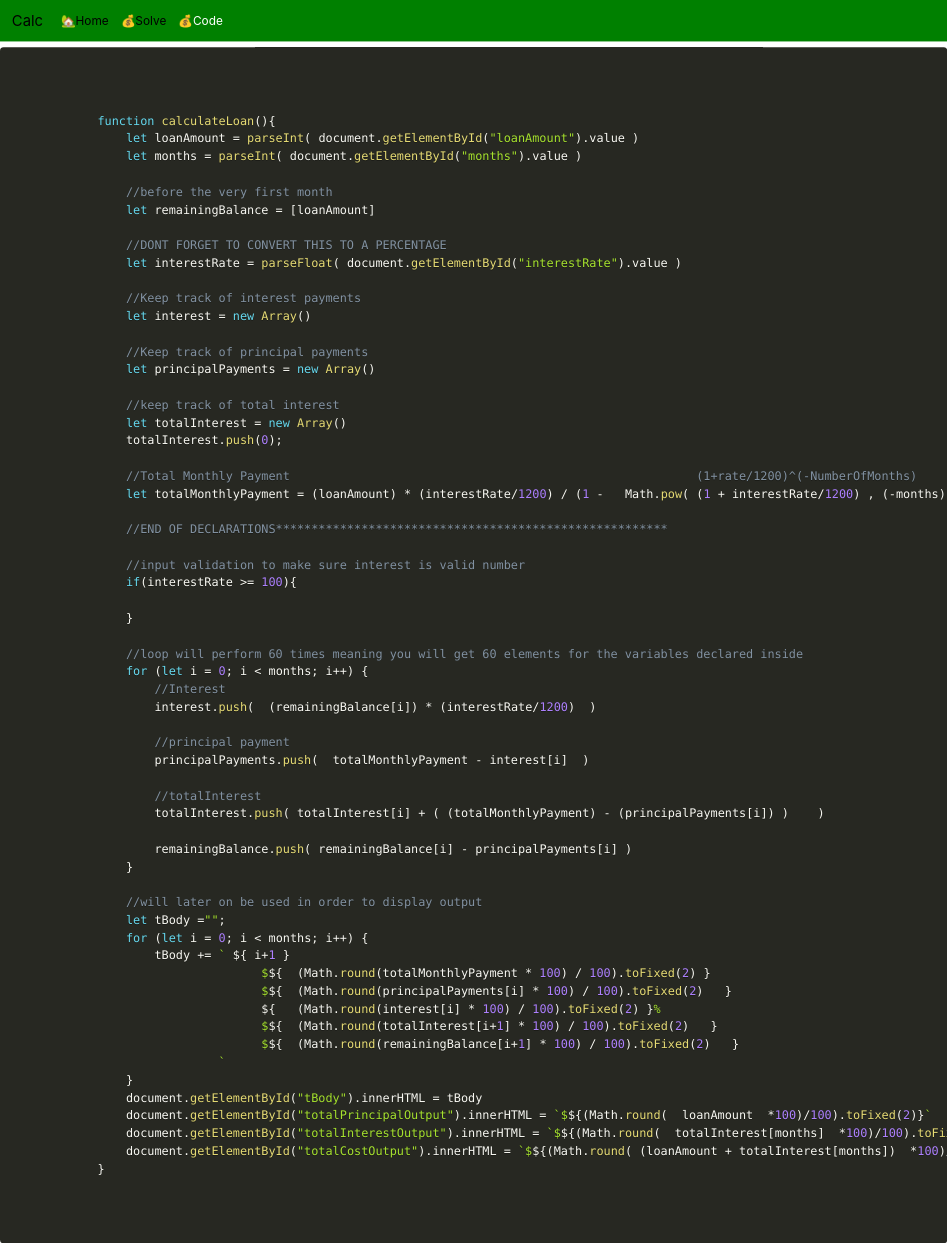
Repository: zhadjah9559/MortgageManager
Page: code.html
The author's editor kept a copy of each file at every save. The page is drawn from the files as they stood at one save, then again after the next save.
The browser window is 1280 px wide. The pictures show the whole page, at 74% of full size.

Above is the page before, as saved 2021-01-17 14:15:34.

### code.html
<!doctype html>
<html lang="en">
  <head>
    <title>Mortgage Loan Calculator</title>
    <!-- Required meta tags -->
    <meta charset="utf-8">
    <meta name="viewport" content="width=device-width, initial-scale=1, shrink-to-fit=no">

    <!-- Bootstrap CSS -->
    <link rel="stylesheet" href="https://stackpath.bootstrapcdn.com/bootstrap/4.3.1/css/bootstrap.min.css" integrity="sha384-ggOyR0iXCbMQv3Xipma34MD+dH/1fQ784/j6cY/iJTQUOhcWr7x9JvoRxT2MZw1T" crossorigin="anonymous">
    <link rel="stylesheet" href="css/custom.css">
    <link rel="stylesheet" href="css/prism.css">
  </head>
  <body>

    <nav class="navbar navbar-expand-sm navbar-dark" style="background-color: green;">
        <a class="navbar-brand" href="#">Calc</a>
        <button class="navbar-toggler d-lg-none" type="button" data-toggle="collapse" data-target="#collapsibleNavId" aria-controls="collapsibleNavId"
            aria-expanded="false" aria-label="Toggle navigation"></button>
        <div class="collapse navbar-collapse" id="collapsibleNavId">
            <ul class="navbar-nav mr-auto mt-2 mt-lg-0">
                <li class="nav-item ">
                    <a class="nav-link" href="index.html">🏡Home</a>
                </li>
                <li class="nav-item">
                    <a class="nav-link" href="solve.html">💰Solve</a>
                </li>
                <li class="nav-item active">
                    <a class="nav-link" href="code.html">💰Code <span class="sr-only">(current)</span></a>
                </li>
            </ul>
        </div>
    </nav>

    <pre>
        <code class="language-js">

            function calculateLoan(){
                let loanAmount = parseInt( document.getElementById("loanAmount").value )
                let months = parseInt( document.getElementById("months").value )

                //before the very first month
                let remainingBalance = [loanAmount]

                //DONT FORGET TO CONVERT THIS TO A PERCENTAGE
                let interestRate = parseFloat( document.getElementById("interestRate").value )

                //Keep track of interest payments
                let interest = new Array()

                //Keep track of principal payments
                let principalPayments = new Array()

                //keep track of total interest
                let totalInterest = new Array()
                totalInterest.push(0);

                //Total Monthly Payment                                                         (1+rate/1200)^(-NumberOfMonths)
                let totalMonthlyPayment = (loanAmount) * (interestRate/1200) / (1 -   Math.pow( (1 + interestRate/1200) , (-months) ) )

                //END OF DECLARATIONS*******************************************************

                //input validation to make sure interest is valid number
                if(interestRate >= 100){

                }

                //loop will perform 60 times meaning you will get 60 elements for the variables declared inside
                for (let i = 0; i < months; i++) {
                    //Interest
                    interest.push(  (remainingBalance[i]) * (interestRate/1200)  )

                    //principal payment
                    principalPayments.push(  totalMonthlyPayment - interest[i]  )

                    //totalInterest
                    totalInterest.push( totalInterest[i] + ( (totalMonthlyPayment) - (principalPayments[i]) )    )

                    remainingBalance.push( remainingBalance[i] - principalPayments[i] )
                }

                //will later on be used in order to display output
                let tBody ="";
                for (let i = 0; i < months; i++) {
                    tBody += `<tr> <td>${ i+1 }</td>
                                   <td>$${  (Math.round(totalMonthlyPayment * 100) / 100).toFixed(2) }</td>
                                   <td>$${  (Math.round(principalPayments[i] * 100) / 100).toFixed(2)   }</td>
                                   <td>${   (Math.round(interest[i] * 100) / 100).toFixed(2) }%</td>
                                   <td>$${  (Math.round(totalInterest[i+1] * 100) / 100).toFixed(2)   }</td>
                                   <td>$${  (Math.round(remainingBalance[i+1] * 100) / 100).toFixed(2)   }</td>
                             </tr>`
                }
                document.getElementById("tBody").innerHTML = tBody
                document.getElementById("totalPrincipalOutput").innerHTML = `$${(Math.round(  loanAmount  *100)/100).toFixed(2)}`
                document.getElementById("totalInterestOutput").innerHTML = `$${(Math.round(  totalInterest[months]  *100)/100).toFixed(2)}`
                document.getElementById("totalCostOutput").innerHTML = `$${(Math.round( (loanAmount + totalInterest[months])  *100)/100).toFixed(2)}`
            }

        </code>
    </pre>

    <!-- Optional JavaScript -->
    <!-- jQuery first, then Popper.js, then Bootstrap JS -->
    <script src="https://code.jquery.com/jquery-3.3.1.slim.min.js" integrity="sha384-q8i/X+965DzO0rT7abK41JStQIAqVgRVzpbzo5smXKp4YfRvH+8abtTE1Pi6jizo" crossorigin="anonymous"></script>
    <script src="https://cdnjs.cloudflare.com/ajax/libs/popper.js/1.14.7/umd/popper.min.js" integrity="sha384-UO2eT0CpHqdSJQ6hJty5KVphtPhzWj9WO1clHTMGa3JDZwrnQq4sF86dIHNDz0W1" crossorigin="anonymous"></script>
    <script src="https://stackpath.bootstrapcdn.com/bootstrap/4.3.1/js/bootstrap.min.js" integrity="sha384-JjSmVgyd0p3pXB1rRibZUAYoIIy6OrQ6VrjIEaFf/nJGzIxFDsf4x0xIM+B07jRM" crossorigin="anonymous"></script>
    <script src="js/custom.js"></script>
    <script src="js/prism.js"></script>
  </body>
</html>

### css/custom.css
.navbar-dark .navbar-nav .active>.nav-link{
    color:white;
}
.navbar-dark .navbar-nav .nav-link{
    color:black;
}
.navbar .navbar-brand{
    color:black;
}

.indexContainer {
    width:860px;
    height:540px;
    position:absolute;
    top:60%;
    left:50%;
    margin-top:-320px;
    margin-left:-480px;
}

### css/prism.css
/* PrismJS 1.23.0
https://prismjs.com/download.html#themes=prism-okaidia&languages=markup+css+clike+javascript&plugins=line-numbers */
/**
 * okaidia theme for JavaScript, CSS and HTML
 * Loosely based on Monokai textmate theme by http://www.monokai.nl/
 * @author ocodia
 */

code[class*="language-"],
pre[class*="language-"] {
	color: #f8f8f2;
	background: none;
	text-shadow: 0 1px rgba(0, 0, 0, 0.3);
	font-family: Consolas, Monaco, 'Andale Mono', 'Ubuntu Mono', monospace;
	font-size: 1em;
	text-align: left;
	white-space: pre;
	word-spacing: normal;
	word-break: normal;
	word-wrap: normal;
	line-height: 1.5;

	-moz-tab-size: 4;
	-o-tab-size: 4;
	tab-size: 4;

	-webkit-hyphens: none;
	-moz-hyphens: none;
	-ms-hyphens: none;
	hyphens: none;
}

/* Code blocks */
pre[class*="language-"] {
	padding: 1em;
	margin: .5em 0;
	overflow: auto;
	border-radius: 0.3em;
}

:not(pre) > code[class*="language-"],
pre[class*="language-"] {
	background: #272822;
}

/* Inline code */
:not(pre) > code[class*="language-"] {
	padding: .1em;
	border-radius: .3em;
	white-space: normal;
}

.token.comment,
.token.prolog,
.token.doctype,
.token.cdata {
	color: #8292a2;
}

.token.punctuation {
	color: #f8f8f2;
}

.token.namespace {
	opacity: .7;
}

.token.property,
.token.tag,
.token.constant,
.token.symbol,
.token.deleted {
	color: #f92672;
}

.token.boolean,
.token.number {
	color: #ae81ff;
}

.token.selector,
.token.attr-name,
.token.string,
.token.char,
.token.builtin,
.token.inserted {
	color: #a6e22e;
}

.token.operator,
.token.entity,
.token.url,
.language-css .token.string,
.style .token.string,
.token.variable {
	color: #f8f8f2;
}

.token.atrule,
.token.attr-value,
.token.function,
.token.class-name {
	color: #e6db74;
}

.token.keyword {
	color: #66d9ef;
}

.token.regex,
.token.important {
	color: #fd971f;
}

.token.important,
.token.bold {
	font-weight: bold;
}
.token.italic {
	font-style: italic;
}

.token.entity {
	cursor: help;
}

pre[class*="language-"].line-numbers {
	position: relative;
	padding-left: 3.8em;
	counter-reset: linenumber;
}

pre[class*="language-"].line-numbers > code {
	position: relative;
	white-space: inherit;
}

.line-numbers .line-numbers-rows {
	position: absolute;
	pointer-events: none;
	top: 0;
	font-size: 100%;
	left: -3.8em;
	width: 3em; /* works for line-numbers below 1000 lines */
	letter-spacing: -1px;
	border-right: 1px solid #999;

	-webkit-user-select: none;
	-moz-user-select: none;
	-ms-user-select: none;
	user-select: none;

}

	.line-numbers-rows > span {
		display: block;
		counter-increment: linenumber;
	}

		.line-numbers-rows > span:before {
			content: counter(linenumber);
			color: #999;
			display: block;
			padding-right: 0.8em;
			text-align: right;
		}

### js/custom.js
function calculateLoan(){
    let loanAmount = parseInt( document.getElementById("loanAmount").value )
    let months = parseInt( document.getElementById("months").value )

    //before the very first month
    let remainingBalance = [loanAmount]

    //DONT FORGET TO CONVERT THIS TO A PERCENTAGE
    let interestRate = parseFloat( document.getElementById("interestRate").value )

    //Keep track of interest payments
    let interest = new Array()

    //Keep track of principal payments
    let principalPayments = new Array()

    //keep track of total interest
    let totalInterest = new Array()
    totalInterest.push(0);

    //Total Monthly Payment                                                         (1+rate/1200)^(-NumberOfMonths)
    let totalMonthlyPayment = (loanAmount) * (interestRate/1200) / (1 -   Math.pow( (1 + interestRate/1200) , (-months) ) )

    //END OF DECLARATIONS*******************************************************

    //input validation to make sure interest is valid number
    if(interestRate >= 100){

    }

    //loop will perform 60 times meaning you will get 60 elements for the variables declared inside
    for (let i = 0; i < months; i++) {
        //Interest
        interest.push(  (remainingBalance[i]) * (interestRate/1200)  )

        //principal payment
        principalPayments.push(  totalMonthlyPayment - interest[i]  )

        //totalInterest
        totalInterest.push( totalInterest[i] + ( (totalMonthlyPayment) - (principalPayments[i]) )    )

        remainingBalance.push( remainingBalance[i] - principalPayments[i] )
    }

    //will later on be used in order to display output
    let tBody ="";
    for (let i = 0; i < months; i++) {
        tBody += `<tr> <td>${ i+1 }</td>
                       <td>$${  (Math.round(totalMonthlyPayment * 100) / 100).toFixed(2) }</td>
                       <td>$${  (Math.round(principalPayments[i] * 100) / 100).toFixed(2)   }</td>
                       <td>${   (Math.round(interest[i] * 100) / 100).toFixed(2) }%</td>
                       <td>$${  (Math.round(totalInterest[i+1] * 100) / 100).toFixed(2)   }</td>
                       <td>$${  (Math.round(remainingBalance[i+1] * 100) / 100).toFixed(2)   }</td>
                 </tr>`
    }
    document.getElementById("tBody").innerHTML = tBody
    document.getElementById("totalPrincipalOutput").innerHTML = `$${(Math.round(  loanAmount  *100)/100).toFixed(2)}`
    document.getElementById("totalInterestOutput").innerHTML = `$${(Math.round(  totalInterest[months]  *100)/100).toFixed(2)}`
    document.getElementById("totalCostOutput").innerHTML = `$${(Math.round( (loanAmount + totalInterest[months])  *100)/100).toFixed(2)}`
}

Loaded but not shown: js/prism.js (library)

After the next save:
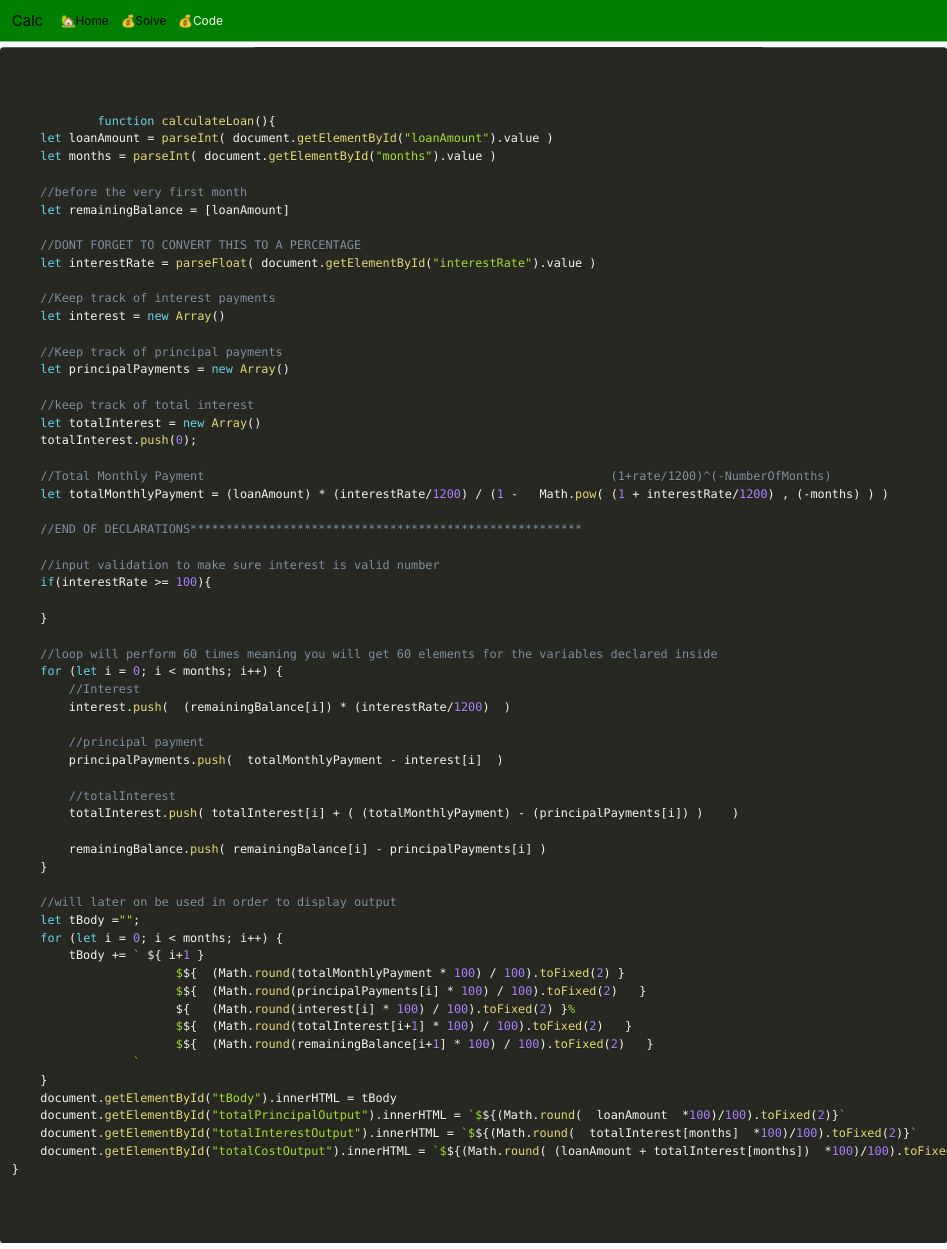
Saved 24 s later.
--- a/code.html
+++ b/code.html
@@ -36,65 +36,65 @@
         <code class="language-js">
 
             function calculateLoan(){
-                let loanAmount = parseInt( document.getElementById("loanAmount").value )
-                let months = parseInt( document.getElementById("months").value )
+    let loanAmount = parseInt( document.getElementById("loanAmount").value )
+    let months = parseInt( document.getElementById("months").value )
 
-                //before the very first month
-                let remainingBalance = [loanAmount]
+    //before the very first month
+    let remainingBalance = [loanAmount]
 
-                //DONT FORGET TO CONVERT THIS TO A PERCENTAGE
-                let interestRate = parseFloat( document.getElementById("interestRate").value )
+    //DONT FORGET TO CONVERT THIS TO A PERCENTAGE
+    let interestRate = parseFloat( document.getElementById("interestRate").value )
 
-                //Keep track of interest payments
-                let interest = new Array()
+    //Keep track of interest payments
+    let interest = new Array()
 
-                //Keep track of principal payments
-                let principalPayments = new Array()
+    //Keep track of principal payments
+    let principalPayments = new Array()
 
-                //keep track of total interest
-                let totalInterest = new Array()
-                totalInterest.push(0);
+    //keep track of total interest
+    let totalInterest = new Array()
+    totalInterest.push(0);
 
-                //Total Monthly Payment                                                         (1+rate/1200)^(-NumberOfMonths)
-                let totalMonthlyPayment = (loanAmount) * (interestRate/1200) / (1 -   Math.pow( (1 + interestRate/1200) , (-months) ) )
+    //Total Monthly Payment                                                         (1+rate/1200)^(-NumberOfMonths)
+    let totalMonthlyPayment = (loanAmount) * (interestRate/1200) / (1 -   Math.pow( (1 + interestRate/1200) , (-months) ) )
 
-                //END OF DECLARATIONS*******************************************************
+    //END OF DECLARATIONS*******************************************************
 
-                //input validation to make sure interest is valid number
-                if(interestRate >= 100){
+    //input validation to make sure interest is valid number
+    if(interestRate >= 100){
 
-                }
+    }
 
-                //loop will perform 60 times meaning you will get 60 elements for the variables declared inside
-                for (let i = 0; i < months; i++) {
-                    //Interest
-                    interest.push(  (remainingBalance[i]) * (interestRate/1200)  )
+    //loop will perform 60 times meaning you will get 60 elements for the variables declared inside
+    for (let i = 0; i < months; i++) {
+        //Interest
+        interest.push(  (remainingBalance[i]) * (interestRate/1200)  )
 
-                    //principal payment
-                    principalPayments.push(  totalMonthlyPayment - interest[i]  )
+        //principal payment
+        principalPayments.push(  totalMonthlyPayment - interest[i]  )
 
-                    //totalInterest
-                    totalInterest.push( totalInterest[i] + ( (totalMonthlyPayment) - (principalPayments[i]) )    )
+        //totalInterest
+        totalInterest.push( totalInterest[i] + ( (totalMonthlyPayment) - (principalPayments[i]) )    )
 
-                    remainingBalance.push( remainingBalance[i] - principalPayments[i] )
-                }
+        remainingBalance.push( remainingBalance[i] - principalPayments[i] )
+    }
 
-                //will later on be used in order to display output
-                let tBody ="";
-                for (let i = 0; i < months; i++) {
-                    tBody += `<tr> <td>${ i+1 }</td>
-                                   <td>$${  (Math.round(totalMonthlyPayment * 100) / 100).toFixed(2) }</td>
-                                   <td>$${  (Math.round(principalPayments[i] * 100) / 100).toFixed(2)   }</td>
-                                   <td>${   (Math.round(interest[i] * 100) / 100).toFixed(2) }%</td>
-                                   <td>$${  (Math.round(totalInterest[i+1] * 100) / 100).toFixed(2)   }</td>
-                                   <td>$${  (Math.round(remainingBalance[i+1] * 100) / 100).toFixed(2)   }</td>
-                             </tr>`
-                }
-                document.getElementById("tBody").innerHTML = tBody
-                document.getElementById("totalPrincipalOutput").innerHTML = `$${(Math.round(  loanAmount  *100)/100).toFixed(2)}`
-                document.getElementById("totalInterestOutput").innerHTML = `$${(Math.round(  totalInterest[months]  *100)/100).toFixed(2)}`
-                document.getElementById("totalCostOutput").innerHTML = `$${(Math.round( (loanAmount + totalInterest[months])  *100)/100).toFixed(2)}`
-            }
+    //will later on be used in order to display output
+    let tBody ="";
+    for (let i = 0; i < months; i++) {
+        tBody += `<tr> <td>${ i+1 }</td>
+                       <td>$${  (Math.round(totalMonthlyPayment * 100) / 100).toFixed(2) }</td>
+                       <td>$${  (Math.round(principalPayments[i] * 100) / 100).toFixed(2)   }</td>
+                       <td>${   (Math.round(interest[i] * 100) / 100).toFixed(2) }%</td>
+                       <td>$${  (Math.round(totalInterest[i+1] * 100) / 100).toFixed(2)   }</td>
+                       <td>$${  (Math.round(remainingBalance[i+1] * 100) / 100).toFixed(2)   }</td>
+                 </tr>`
+    }
+    document.getElementById("tBody").innerHTML = tBody
+    document.getElementById("totalPrincipalOutput").innerHTML = `$${(Math.round(  loanAmount  *100)/100).toFixed(2)}`
+    document.getElementById("totalInterestOutput").innerHTML = `$${(Math.round(  totalInterest[months]  *100)/100).toFixed(2)}`
+    document.getElementById("totalCostOutput").innerHTML = `$${(Math.round( (loanAmount + totalInterest[months])  *100)/100).toFixed(2)}`
+}
 
         </code>
     </pre>
